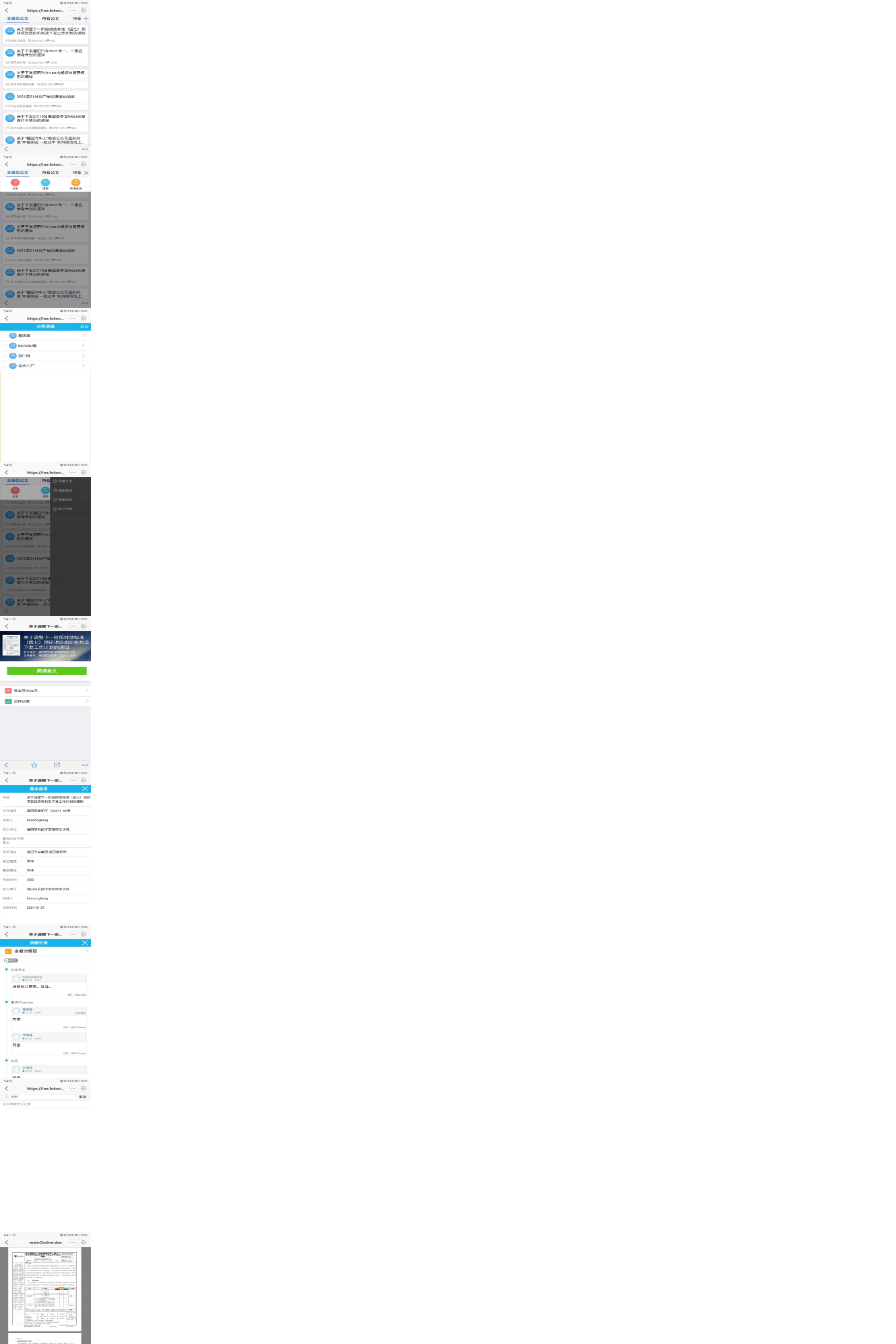
Repository: ch230/2021
Page: A.html
These files come from the project's save history. The page is drawn as it stood at one moment and after the next save; the edit follows.
The browser window is 1280 px wide. The pictures show the part of the page from y = 0 to 1920 px (the page is 6824 px tall before and 11412 px after), at 70% of full size.

Above is the page before, as saved 2021-02-15 14:35:41.

### A.html
<!DOCTYPE html>
<html lang="en">
  <head>
    <meta charset="UTF-8" />
    <meta name="viewport" content="width=device-width, initial-scale=1.0" />
    <title>Document</title>
    <style>
      * {
        padding: 0;
        margin: 0;
        list-style: none;
      }
      body,
      html,
      #app {
        height: 100%;
        width: 100%;
      }
      #items {
      }
      #items ul {
      }
      #items ul li {
        height: 220px;
        width: 130px;
      }
      #items ul li img {
        display: inline-block;
        width: 100%;
        height: 100%;
      }
    </style>
  </head>
  <body>
    <div id="app">
      <!-- 待办事宜 -->
      <div id="items">
        <div>
          <!-- 待办事宜 -->
          <!-- 分为待审 待阅 已办 搜索功能 -->
          <!-- 每个都对应一个列表，点击进去就是对应的信息(附件，全文，流程记录，查看基本信息),可以收藏，转发 -->
          <!-- 列表信息:内容，提报人，时间，类型，头像 -->
        </div>
        <ul>
          <li>
            <img src="./img/1.jpg" alt="" />
          </li>
          <li>
            <img src="./img/2.jpg" alt="" />
          </li>
          <li>
            <img src="./img/3.jpg" alt="" />
          </li>
          <li>
            <img src="./img/4.jpg" alt="" />
          </li>
          <li>
            <img src="./img/5.jpg" alt="" />
          </li>
          <li>
            <img src="./img/6.jpg" alt="" />
          </li>
        </ul>
      </div>
      <!-- 公文 -->
      <div id="items">
        <div>
          <!--公文-->
          <!-- 本单位公文，所有公文，待审公文，分类，搜索，常用查询 -->
          <!-- 常用查询:所有公文，我起草的，待我审的，我已审的 -->
          <!-- 分类:按照部门分类（集团级，BU/SBU级，部门级，常州工厂）---（集团和常州区分红头文件，黑头文件） -->
          <!-- 对应列表，列表信息:图标，内容，部门，时间，浏览人数 -->
          <!-- 详情:阅读全文，查看基本信息，流程记录，收藏，分享 -->
        </div>
        <ul>
          <li>
            <img src="./img/7.jpg" alt="" />
          </li>
          <li>
            <img src="./img/8.jpg" alt="" />
          </li>
          <li>
            <img src="./img/9.jpg" alt="" />
          </li>
          <li>
            <img src="./img/10.jpg" alt="" />
          </li>
          <li>
            <img src="./img/11.jpg" alt="" />
          </li>
          <li>
            <img src="./img/12.jpg" alt="" />
          </li>
        </ul>
      </div>
      <!-- 福田新闻 -->
      <div id="items">
        <div>
          <!-- 福田新闻 -->
          <!-- 最新新闻, 分类，搜索，常用查询 -->
          <!-- 列表信息:图片，内容，上传人，上传时间，浏览人数 -->
          <!-- 详情:标题，图文搭配，收藏 -->
          <!-- 分类:集团级，BU/SBU级，部门级，常州工厂，福田戴姆勒/BFDA -->
          <!-- 常用查询:所有新闻，我上传的，待我审的，我已审的，置顶新闻  -->
        </div>
        <ul>
          <li>
            <img src="./img/13.jpg" alt="" />
          </li>
          <li>
            <img src="./img/14.jpg" alt="" />
          </li>
          <li>
            <img src="./img/15.jpg" alt="" />
          </li>
          <li>
            <img src="./img/16.jpg" alt="" />
          </li>
          <li>
            <img src="./img/17.jpg" alt="" />
          </li>
        </ul>
      </div>
      <!-- 制度管理 -->
      <div id="items">
        <div>
          <!-- 制度管理 -->
          <!-- 制度管理, 分类，搜索，常用查询 -->
          <!-- 列表信息:图片，内容，部门，浏览人数 -->
          <!-- 详情:标题，生效时间，文件编号，附件，收藏 -->
          <!-- 附件查看 -->
          <!-- 分类:集团级，BU/SBU级，部门级，常州工厂，福田戴姆勒/BFDA -->
          <!-- 常用查询:所有制度，我起草的，待我审的，我已审的  -->
        </div>

        <ul>
          <li>
            <img src="./img/18.jpg" alt="" />
          </li>
          <li>
            <img src="./img/19.jpg" alt="" />
          </li>
          <li>
            <img src="./img/20.jpg" alt="" />
          </li>
          <li>
            <img src="./img/21.jpg" alt="" />
          </li>
        </ul>
      </div>
      <!-- OA知识中心 -->
      <div id="items">
        <div>
          <!-- OA知识中心 -->
          <!-- 所有文档, 我的文档，分类，搜索，常用查询-->
          <!-- 列表信息:图片，内容，发布人，发布时间，浏览人数 -->
          <!-- 详情:内容，附件，收藏，评价 -->
          <!-- 附件查看 -->
          <!-- 常用查询:所有制度，我起草的，待我审的，我已审的  -->
        </div>

        <ul>
          <li>
            <img src="./img/22.jpg" alt="" />
          </li>
          <li>
            <img src="./img/23.jpg" alt="" />
          </li>
          <li>
            <img src="./img/24.jpg" alt="" />
          </li>
          <li>
            <img src="./img/25.jpg" alt="" />
          </li>
          <li>
            <img src="./img/26.jpg" alt="" />
          </li>
        </ul>
      </div>
      <!-- OA调查问卷 -->
      <div id="items">
        <div>
          <!--OA调查问卷  -->
          <!-- 所有问卷，我参与的，调查结果，搜索-->
          <!-- 列表:已参与人数，结束时间，调查标题 -->
          <!-- 详情:问卷调查状态,参与人数，内容，标题 -->
        </div>
        <ul>
          <li>
            <img src="./img/27.jpg" alt="" />
          </li>
          <li>
            <img src="./img/28.jpg" alt="" />
          </li>
          <li>
            <img src="./img/29.jpg" alt="" />
          </li>
          <li>
            <img src="./img/30.jpg" alt="" />
          </li>
          <li>
            <img src="./img/31.jpg" alt="" />
          </li>
        </ul>
      </div>
    </div>
  </body>
</html>

After the next save:
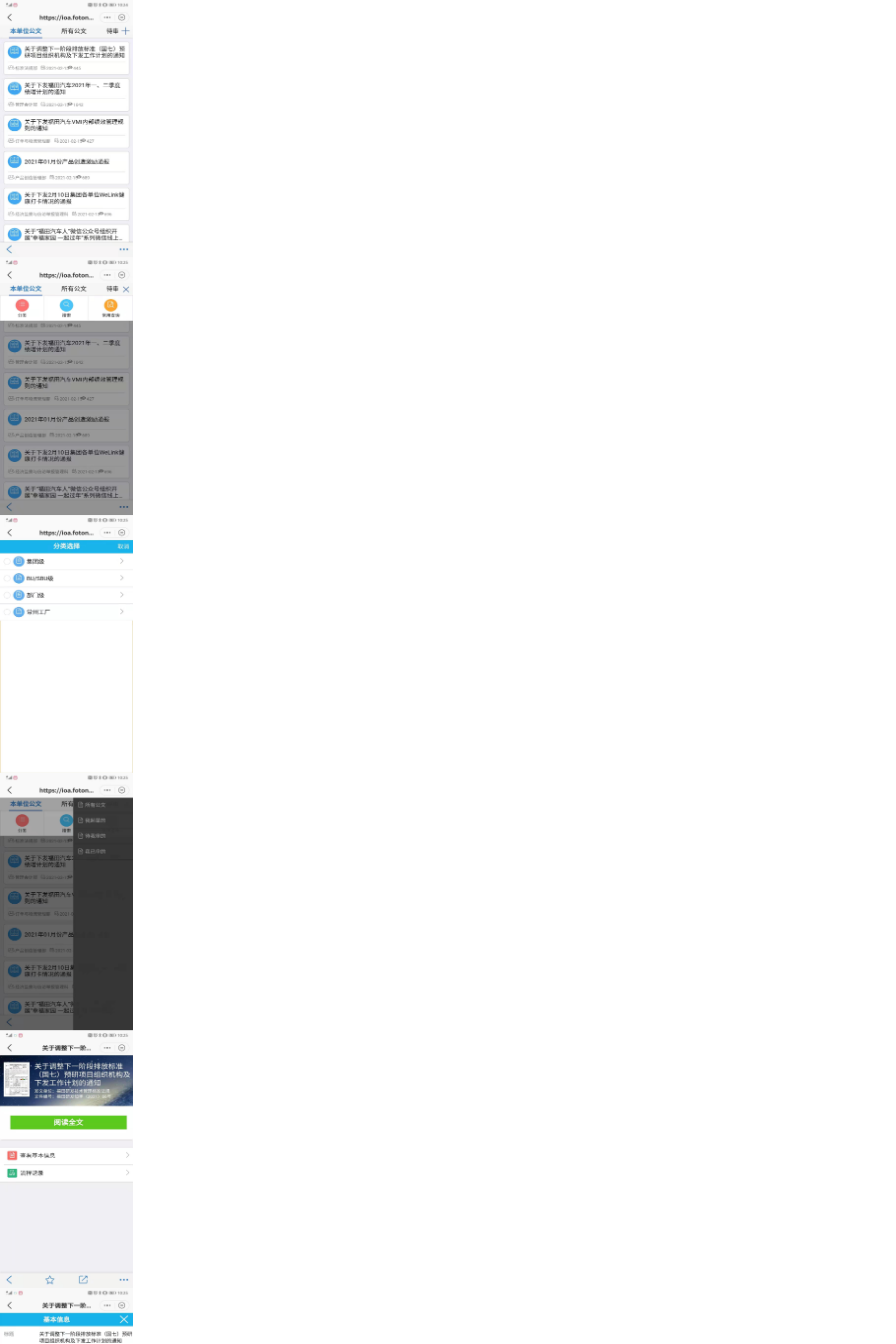
Saved 80 s later.
--- a/A.html
+++ b/A.html
@@ -21,8 +21,8 @@
       #items ul {
       }
       #items ul li {
-        height: 220px;
-        width: 130px;
+        height: 368px;
+        width: 190px;
       }
       #items ul li img {
         display: inline-block;
